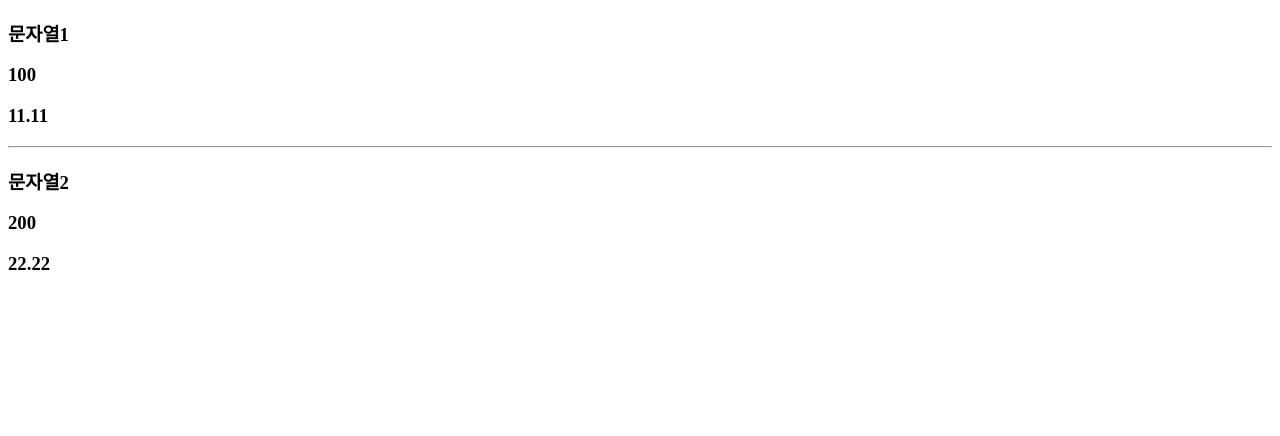
Repository: k5275645/vuePractice
Page: VueInstance/WebContent/index.html
The author's editor kept a copy of each file at every save. The page is drawn from the files as they stood at one save, then again after the next save.
The browser window is 1280 px wide. The pictures show the whole page.
Some web libraries are served in a nearby version.

Above is the page before, as saved 2023-02-21 05:07:34.

After the next save:
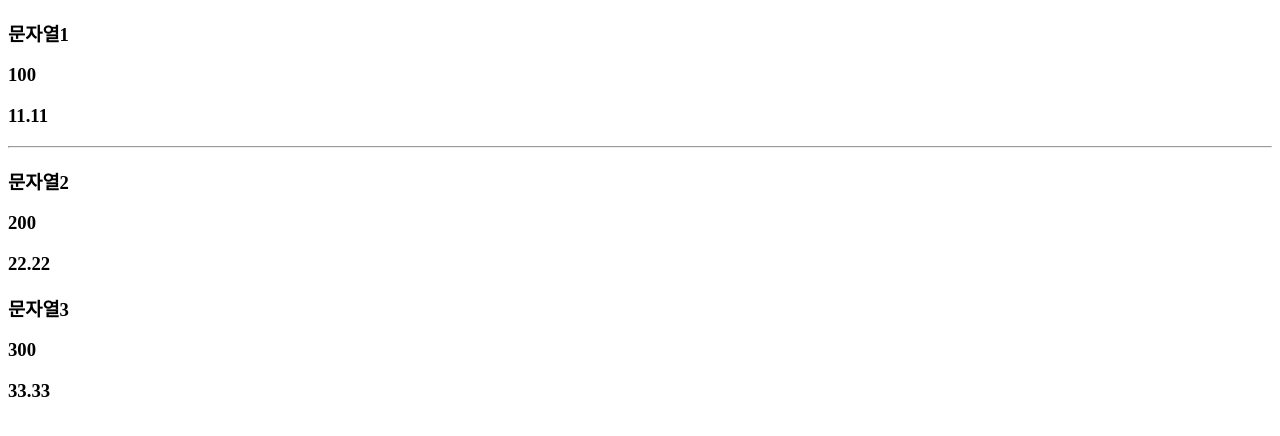
Saved 17 s later.
--- a/VueInstance/WebContent/index.html
+++ b/VueInstance/WebContent/index.html
@@ -27,9 +27,9 @@
 		var test3 = new Vue({
 			el : "#test3",
 			data : {
-				str2 : "문자열3",
-				int2 : 300,
-				float2: 33.33
+				str3 : "문자열3",
+				int3 : 300,
+				float3: 33.33
 			}
 		})
 	}
